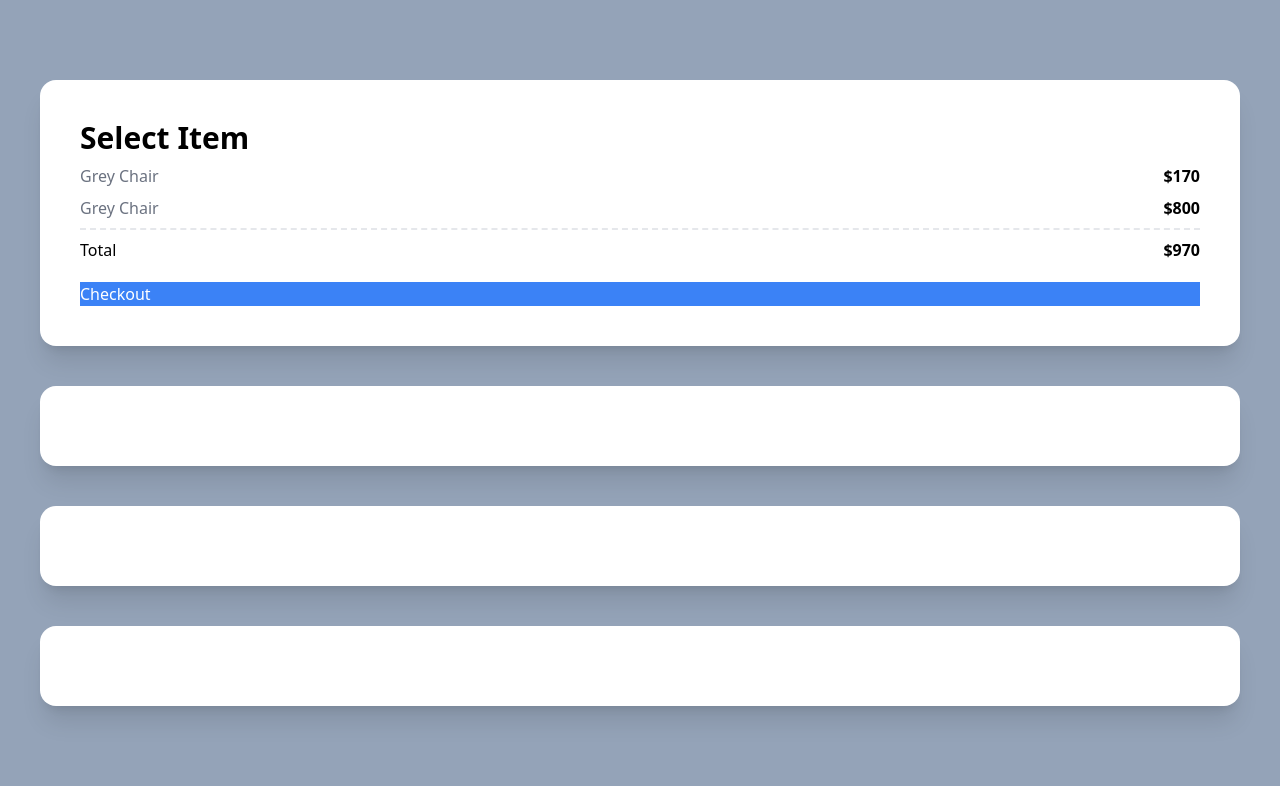
Repository: pjk0007/nextjs-carrot-marcket
Page: /
These files come from the project's save history. The page is drawn as it stood at one moment and after a run of saves; the edit follows.
The browser window is 1280 px wide. The pictures show the whole page.
The project was rebuilt for these pictures with package versions that can differ from the ones it lists, and the page was loaded fresh each time. The framework's server and built-in components were replaced by stand-ins that run in the browser. Also part of the build but not shown: next.config.js.

Above is the page before, as saved 2022-04-30 13:02:17.

### pages/index.tsx
import type { NextPage } from 'next'
const Home: NextPage = () => {
  return (
    <div className='bg-slate-400 py-20 px-10 grid gap-10'>
      <div className='bg-white p-10 rounded-2xl shadow-xl'>
        <span className='font-semibold text-3xl'>Select Item</span>
        <div className='flex justify-between my-2'>
          <span className='text-gray-500'>Grey Chair</span>
          <span className='font-semibold'>$170</span>
        </div>
        <div className='flex justify-between'>
          <span className='text-gray-500'>Grey Chair</span>
          <span className='font-semibold'>$800</span>
        </div>
        <div className='flex justify-between mt-2 pt-2 border-t-2 border-dashed'>
          <span>Total</span>
          <span className='font-semibold'>$970</span>
        </div>
        <div className='mt-5 bg-blue-500 text-white'>Checkout</div>
      </div>
      <div className='bg-white p-10 rounded-2xl shadow-xl'></div>
      <div className='bg-white p-10 rounded-2xl shadow-xl'></div>
      <div className='bg-white p-10 rounded-2xl shadow-xl'></div>
    </div>
  );
}

export default Home

### tailwind.config.js
module.exports = {
  content: [
    "./pages/**/*.{js,jsx,ts,tsx}",
    "./components/**/*.{js,jsx,ts,tsx}"
  ],
  theme: {
    extend: {},
  },
  plugins: [],
}

Loaded but not shown: pages/_app.tsx (common file); styles/globals.css (common file)

After the next 4 saves:
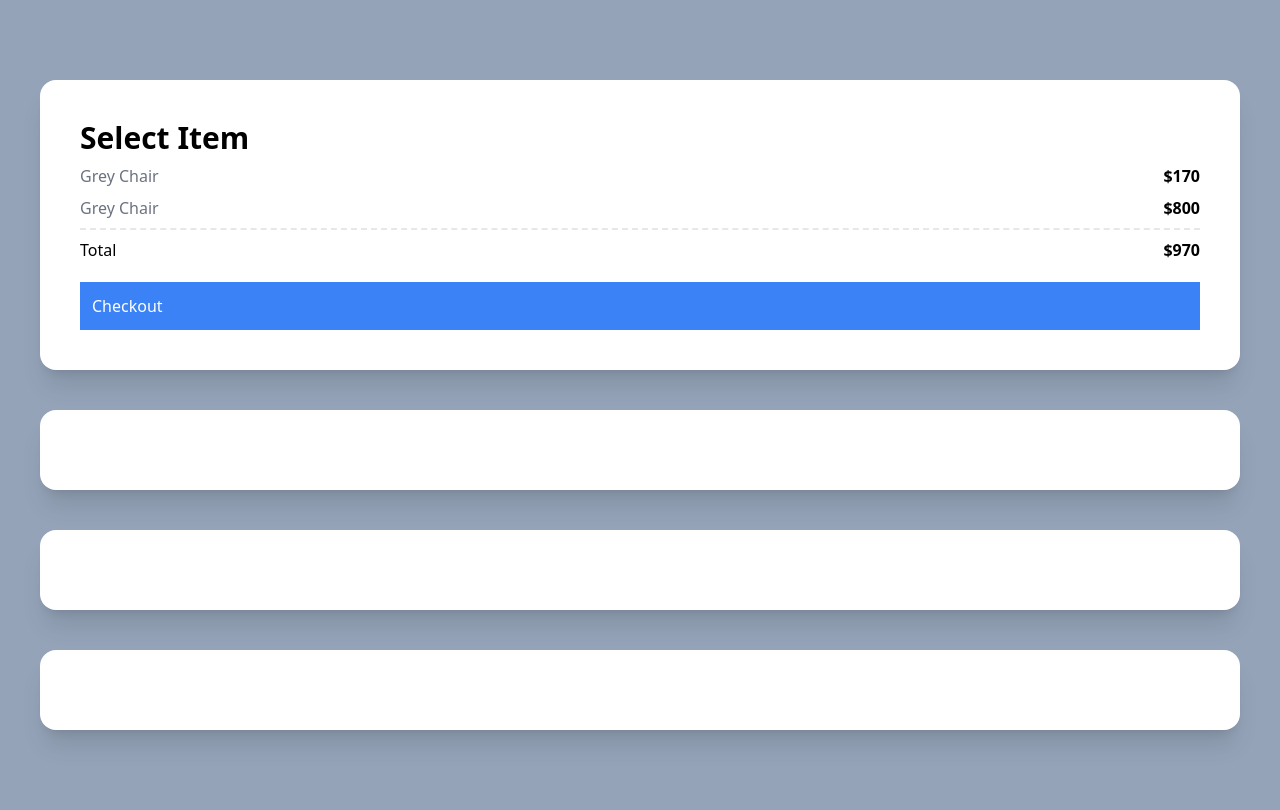
The 4 saves are shown as one change because they came seconds apart.
The last was saved 10 s later.
--- a/pages/index.tsx
+++ b/pages/index.tsx
@@ -16,7 +16,7 @@ const Home: NextPage = () => {
           <span>Total</span>
           <span className='font-semibold'>$970</span>
         </div>
-        <div className='mt-5 bg-blue-500 text-white'>Checkout</div>
+        <div className='mt-5 bg-blue-500 text-white p-3'>Checkout</div>
       </div>
       <div className='bg-white p-10 rounded-2xl shadow-xl'></div>
       <div className='bg-white p-10 rounded-2xl shadow-xl'></div>
